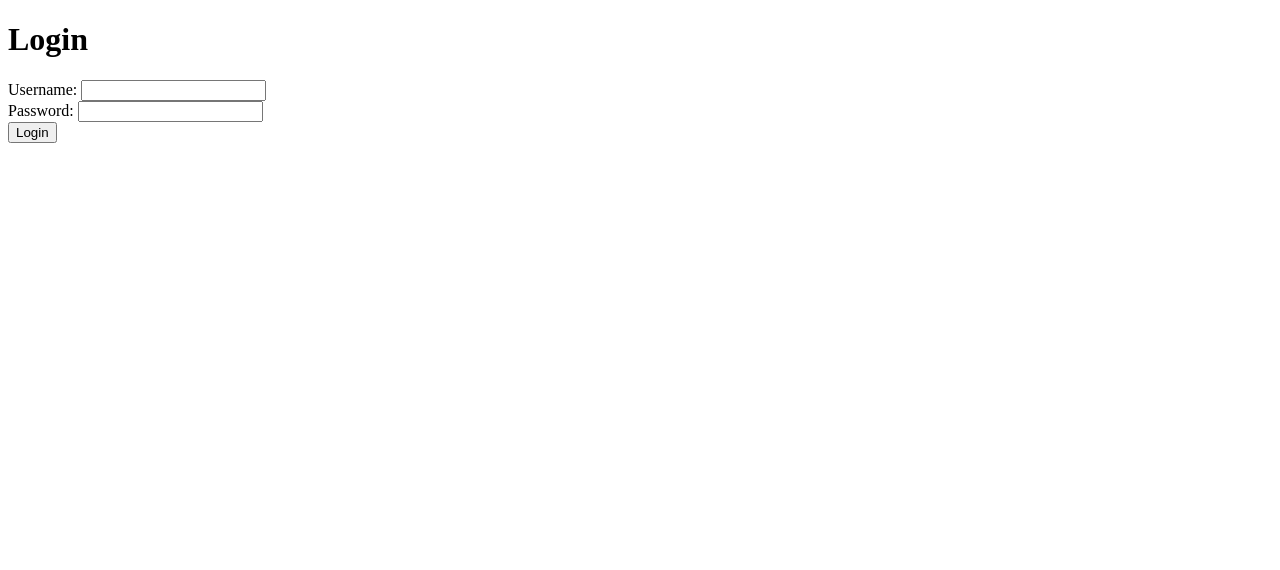
Repository: Trailblazer-dev/Academic-Trip-Booking-System
Page: http://localhost/AcademicTripSystem/login.jsp
The author's editor kept a copy of each file at every save. The page is drawn from the files as they stood at one save, then again after the next save.
The browser window is 1280 px wide. The pictures show the whole page.
Some web libraries are served in a nearby version. The page is served by Tomcat 9.

Above is the page before, as saved 2025-02-26 02:52:47.

After the next save:
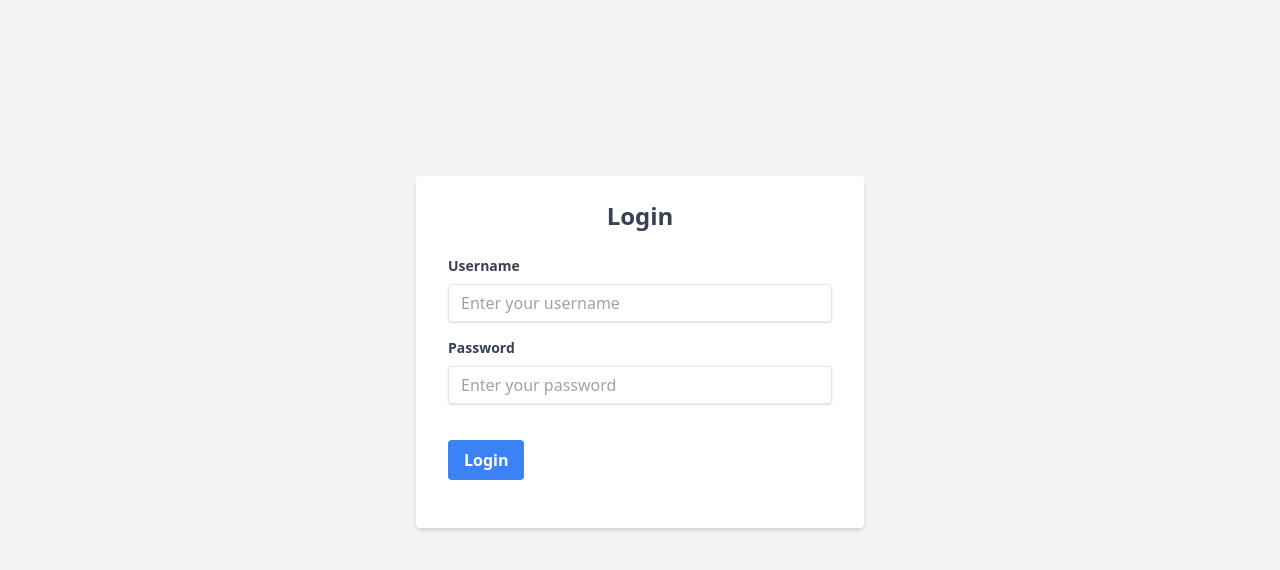
Saved 32 min 8 s later.
--- a/AcademicTripSystem/src/main/webapp/login.jsp
+++ b/AcademicTripSystem/src/main/webapp/login.jsp
@@ -3,14 +3,32 @@
 <html>
 <head>
     <title>Login - Academic Trip System</title>
+    <script src="https://cdn.tailwindcss.com"></script>
 </head>
-<body>
-    <h1>Login</h1>
-    <form method="post" action="http://localhost:8082/AcademicTripSystem/j_security_check">
-        Username: <input type="text" name="j_username"><br>
-        Password: <input type="password" name="j_password"><br>
-        <input type="submit" value="Login">
-    </form>
-    <p style="color: red;">${errorMessage}</p>
+<body class="bg-gray-100 flex items-center justify-center h-screen">
+    <div class="bg-white shadow-md rounded px-8 pt-6 pb-8 mb-4 w-full max-w-md">
+        <h1 class="block text-gray-700 text-2xl font-bold mb-6 text-center">Login</h1>
+        <form method="post" action="${pageContext.request.contextPath}/j_security_check">
+            <div class="mb-4">
+                <label class="block text-gray-700 text-sm font-bold mb-2" for="j_username">
+                    Username
+                </label>
+                <input type="text" name="j_username" id="j_username" placeholder="Enter your username"
+                    class="shadow appearance-none border rounded w-full py-2 px-3 text-gray-700 leading-tight focus:outline-none focus:shadow-outline">
+            </div>
+            <div class="mb-6">
+                <label class="block text-gray-700 text-sm font-bold mb-2" for="j_password">
+                    Password
+                </label>
+                <input type="password" name="j_password" id="j_password" placeholder="Enter your password"
+                    class="shadow appearance-none border rounded w-full py-2 px-3 text-gray-700 mb-3 leading-tight focus:outline-none focus:shadow-outline">
+            </div>
+            <div class="flex items-center justify-between">
+                <input type="submit" value="Login"
+                    class="bg-blue-500 hover:bg-blue-700 text-white font-bold py-2 px-4 rounded focus:outline-none focus:shadow-outline">
+            </div>
+        </form>
+        <p class="text-red-500 text-xs italic mt-4">${errorMessage}</p>
+    </div>
 </body>
 </html>
